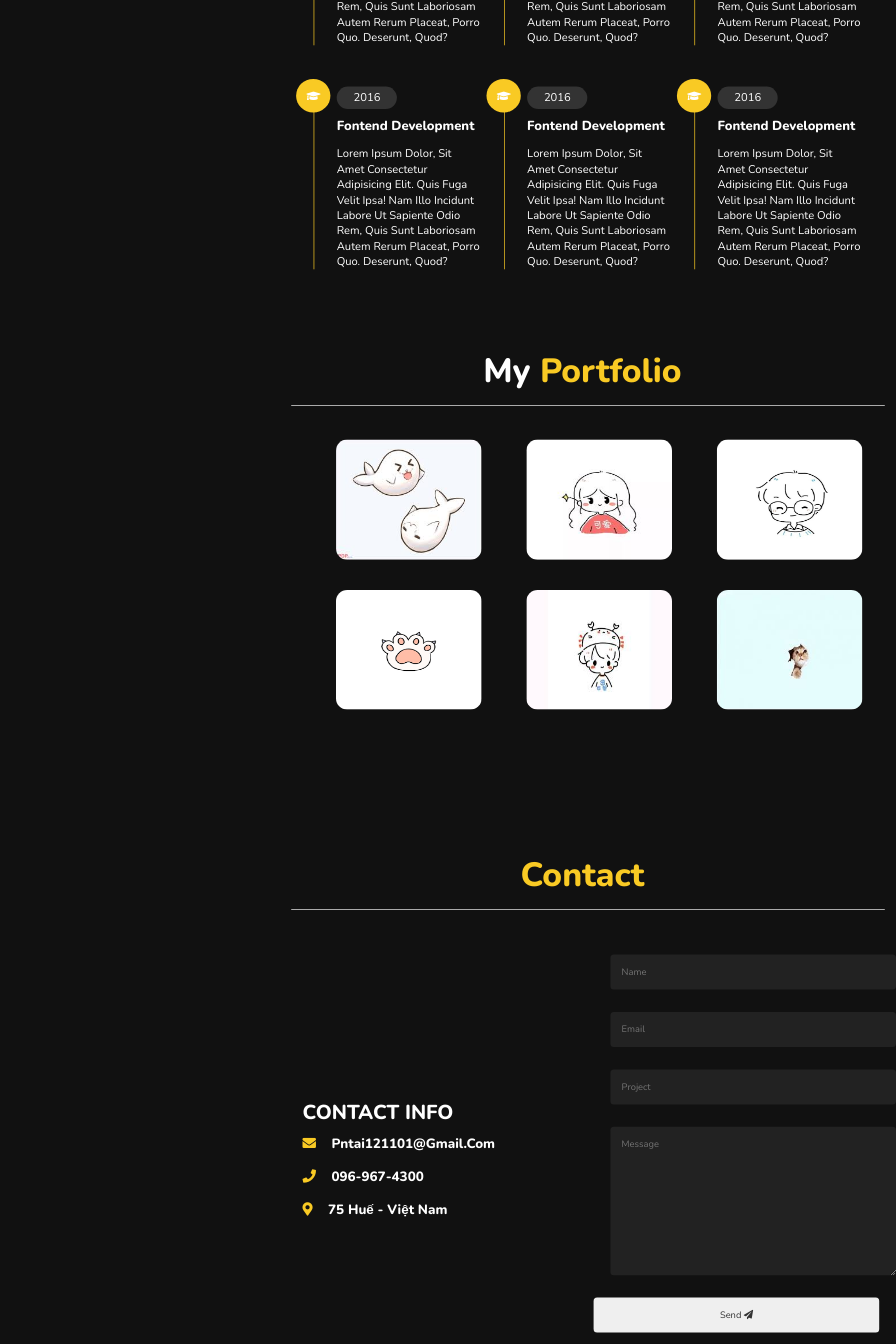
Repository: PCTai/My-profile
Page: index.html
The author's editor kept a copy of each file at every save. The page is drawn from the files as they stood at one save, then again after the next save.
The browser window is 1280 px wide. The pictures show the part of the page from y = 1794 to 3714 px (the page is 3714 px tall), at 70% of full size.

Above is the page before, as saved 2022-01-13 09:53:27.

After the next save:
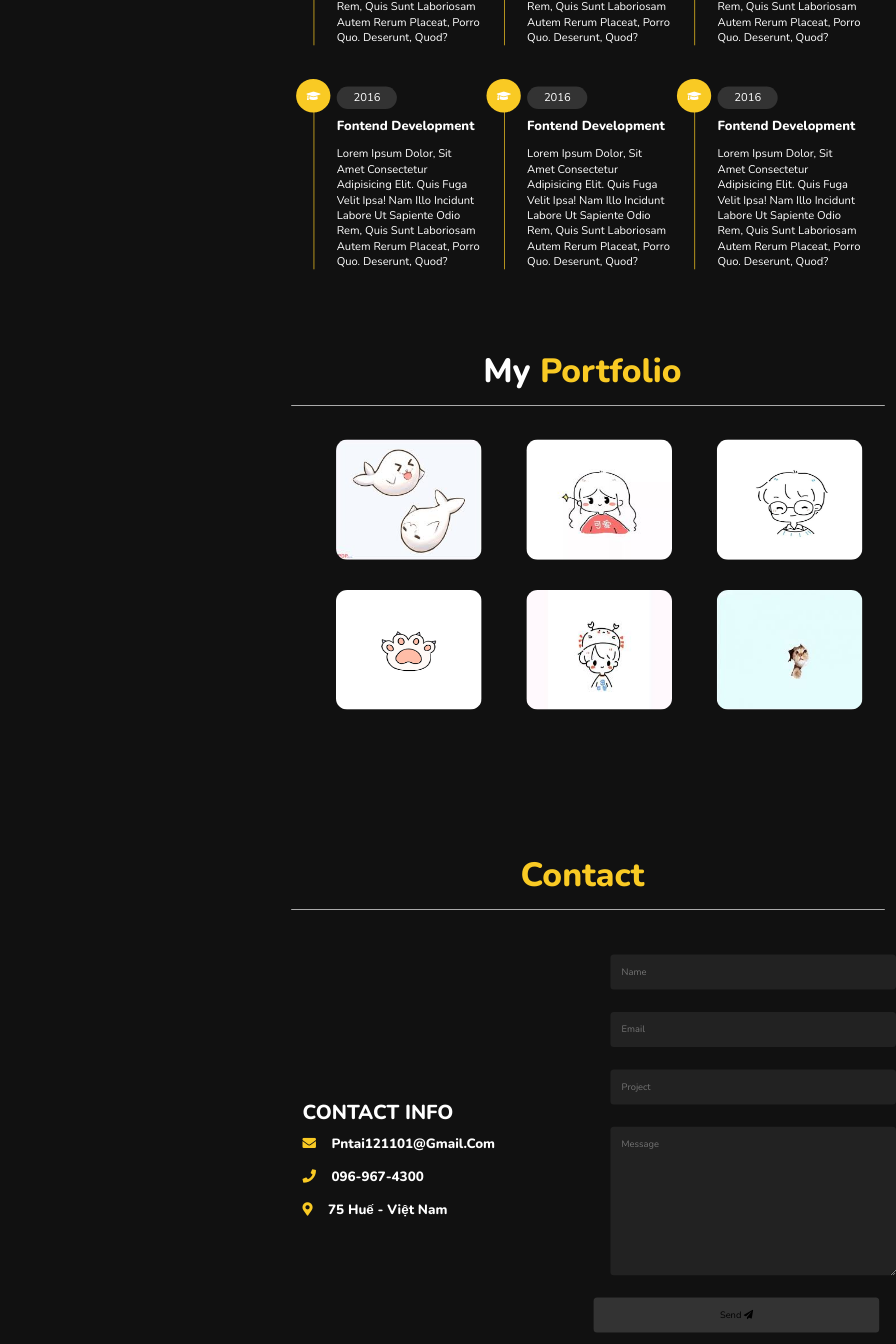
Saved 18 s later.
--- a/assets/css/style.css
+++ b/assets/css/style.css
@@ -277,7 +277,7 @@ section{
     position: relative;
     left: 2%;
     border-radius: 5px;
-    color: #333;
+    background-color: #333;
 }
 .contact form button :hover{
     color: var(--yellow);
